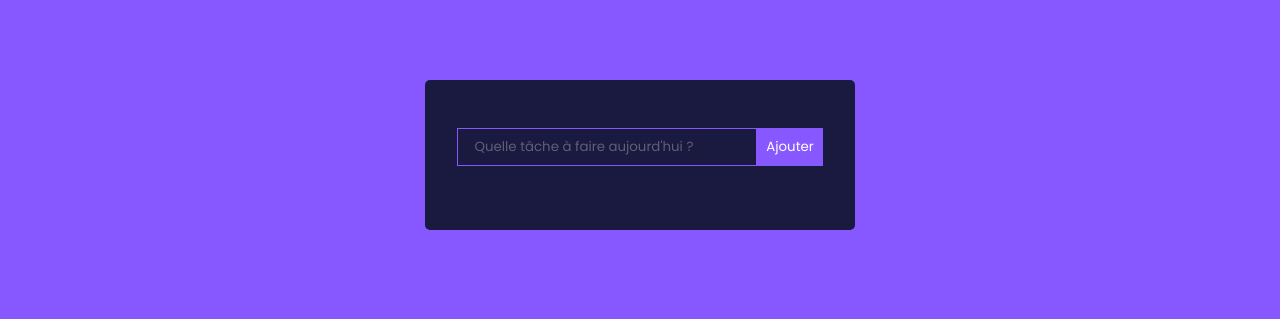
Repository: Loetitia27006/todo_list
Page: /
The author's editor kept a copy of each file at every save. The page is drawn from the files as they stood at one save, then again after the next save.
The browser window is 1280 px wide. The pictures show the whole page.
The project was rebuilt for these pictures with package versions that can differ from the ones it lists, and the page was loaded fresh each time. Also part of the build but not shown: src/components/Todo.js.

Above is the page before, as saved 2023-08-18 15:58:02.

### public/index.html
<!DOCTYPE html>
<html lang="en">
  <head>
    <meta charset="utf-8" />
    <link rel="icon" href="%PUBLIC_URL%/logo-black.svg" />
    <meta name="viewport" content="width=device-width, initial-scale=1" />
    <meta name="theme-color" content="#000000" />
    <meta
      name="description"
      content="Web site created using create-react-app"
    />
    <link rel="apple-touch-icon" href="%PUBLIC_URL%/logo-black.svg" />
    <!--
      manifest.json provides metadata used when your web app is installed on a
      user's mobile device or desktop. See https://developers.google.com/web/fundamentals/web-app-manifest/
    -->
    <link rel="manifest" href="%PUBLIC_URL%/manifest.json" />
    <!--
      Notice the use of %PUBLIC_URL% in the tags above.
      It will be replaced with the URL of the `public` folder during the build.
      Only files inside the `public` folder can be referenced from the HTML.

      Unlike "/favicon.ico" or "favicon.ico", "%PUBLIC_URL%/favicon.ico" will
      work correctly both with client-side routing and a non-root public URL.
      Learn how to configure a non-root public URL by running `npm run build`.
    -->
    <title>Todo List</title>
  </head>
  <body>
    <noscript>You need to enable JavaScript to run this app.</noscript>
    <div id="root"></div>
    <!--
      This HTML file is a template.
      If you open it directly in the browser, you will see an empty page.

      You can add webfonts, meta tags, or analytics to this file.
      The build step will place the bundled scripts into the <body> tag.

      To begin the development, run `npm start` or `yarn start`.
      To create a production bundle, use `npm run build` or `yarn build`.
    -->
  </body>
</html>

### src/App.css
@import url('https://fonts.googleapis.com/css2?family=Poppins&display=swap');

* {
  font-family: 'Poppins', sans-serif;
  margin: 0;
  padding: 0;
  box-sizing: border-box;
}

body {
  background: #8758ff;
  display: flex;
  justify-content: center;
  align-items: center;
}

.App {
  text-align: center;
}

h1 {
  color: #fff;
  margin-bottom: 0.5rem;
  font-size: 1.75rem;
}

.TodoWrapper {
  background: #1A1A40;
  margin-top: 5rem;
  padding: 2rem;
  border-radius: 5px;
}

.TodoForm {
  width: 100%;
}

.todo-input {
  outline: none;
  background: none;
  border: 1px solid #8758ff;
  padding: 0.5rem 1rem;
  margin-top: 1rem;
  margin-bottom: 2rem;
  width: 300px;
  color: #fff;
}

.todo-input::placeholder {
  color: #ffffff4d;
}

.todo-btn {
  background: #8758ff;
  color: #fff;
  border: none;
  padding: 0.55rem;
  cursor: pointer;

}

.Todo {
  display: flex;
  justify-content: space-between;
  align-items: center;
  background: #8758ff;
  color: #fff;
  padding: 0.75rem 1rem;
  border-radius: 5px;
  margin-bottom: 1rem;
  cursor: pointer;
}

.fa-trash {
  margin-left: 0.75rem;
}

.completed {
  color: #c5aeff;
  text-decoration: line-through;
}

### src/components/TodoWrapper.js
import React, {useState} from 'react'
import { TodoForm } from './TodoForm'
import { v4 as uuidv4 } from 'uuid'
import { Todo } from './Todo'
uuidv4()

export const TodoWrapper = () => {

    const [todos, setTodos] = useState([])

    const addTodo = todo =>{
        setTodos([...todos, {id: uuidv4(), task: todo,
        completed: false, isEditing: false}])
        console.log(todos)
    }

  return (
    <div className="TodoWrapper">
      <TodoForm addTodo={addTodo} />
      {todos.map((todo, index) => (
        <Todo task={todo} key={index}/>
      ))}
    </div>
  );
}

### src/components/TodoForm.js
import React, {useState} from 'react'

export const TodoForm = ({addTodo}) => {

    const [value, setValue] = useState("")
    const handleSubmit = e => {
        e.preventDefault()
        addTodo(value)
        setValue("")
    }

  return (
    <form className='Todoform' onSubmit={handleSubmit}>
        <input type="text" className='todo-input' value={value} placeholder="Quelle tâche à faire aujourd'hui ?"
        onChange={(e)=>setValue(e.target.value)}/>
        <button type='submit' className='todo-btn'>Ajouter</button>
    </form>
  )
}

Loaded but not shown: src/index.js (common file); src/App.js (common file); src/reportWebVitals.js (common file)

After the next save:
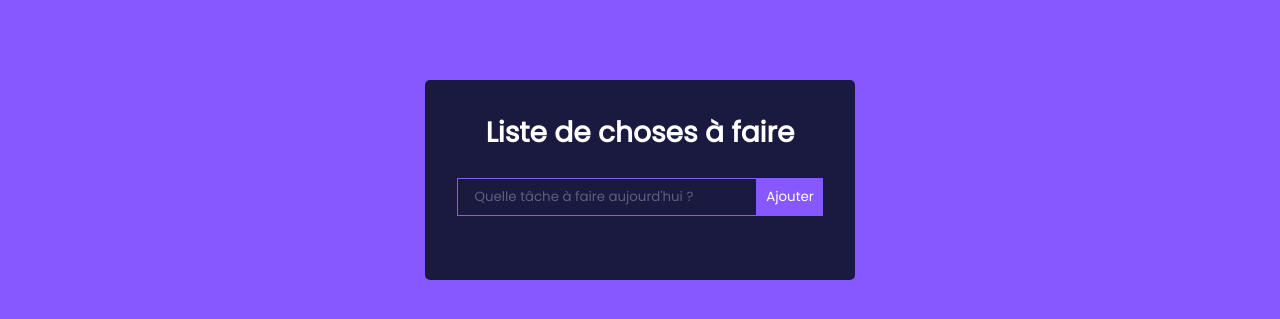
Saved 4 min 52 s later.
--- a/src/components/TodoWrapper.js
+++ b/src/components/TodoWrapper.js
@@ -16,6 +16,7 @@ export const TodoWrapper = () => {
 
   return (
     <div className="TodoWrapper">
+      <h1>Liste de choses à faire</h1>
       <TodoForm addTodo={addTodo} />
       {todos.map((todo, index) => (
         <Todo task={todo} key={index}/>
